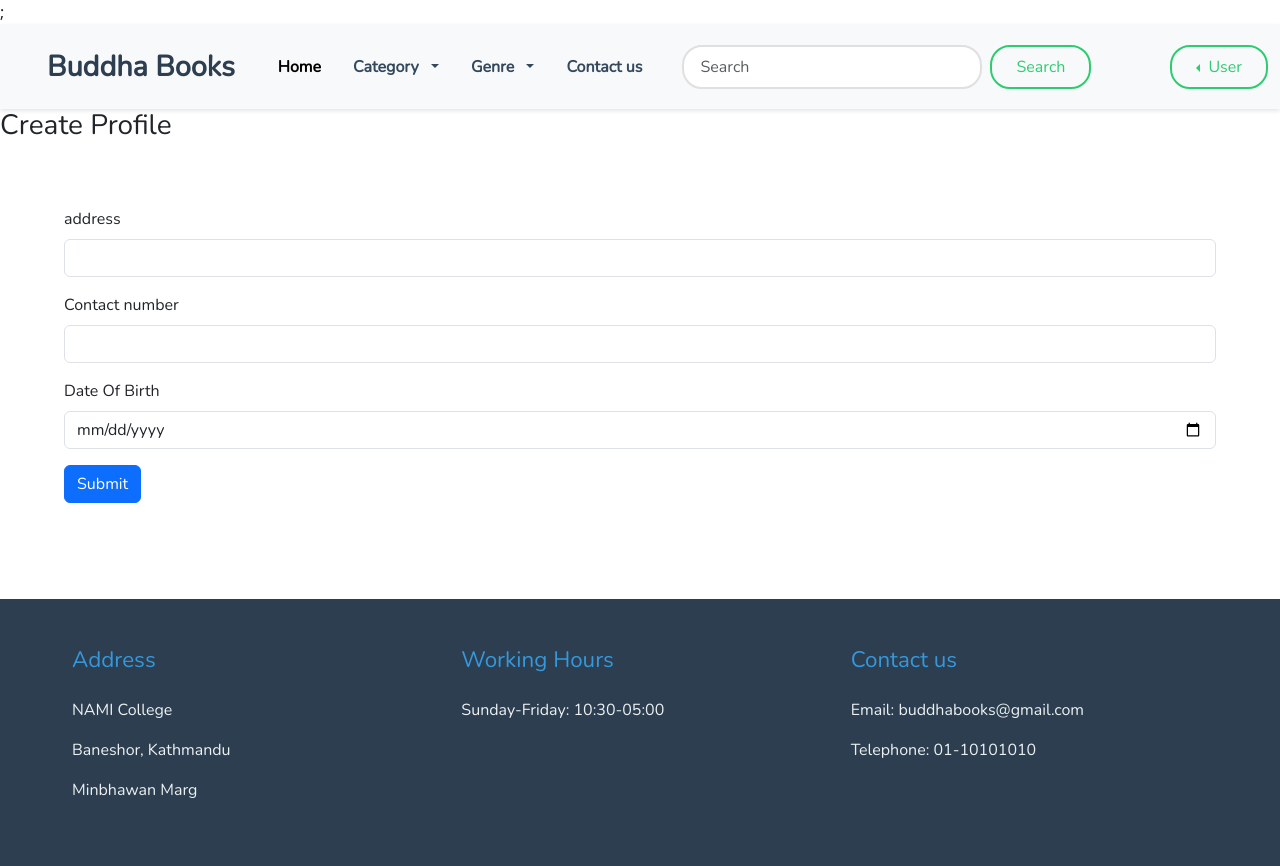
Repository: Shuprawal/Library-Management-System
Page: resources/views/addProfile.blade.php
These files come from the project's save history. The page is drawn as it stood at one moment and after a run of saves; the edit follows.
The browser window is 1280 px wide. The pictures show the whole page.
Some web libraries are served in a nearby version. The page is served by the project's Laravel application, run on PHP 8.4 with Laravel 12. The database holds what the project's SQL file puts in it. The template is opened directly, without the code that normally fills it, so the values that code supplies are empty.

Above is the page before, as saved 2024-12-29 12:44:20.

After the next 2 saves:
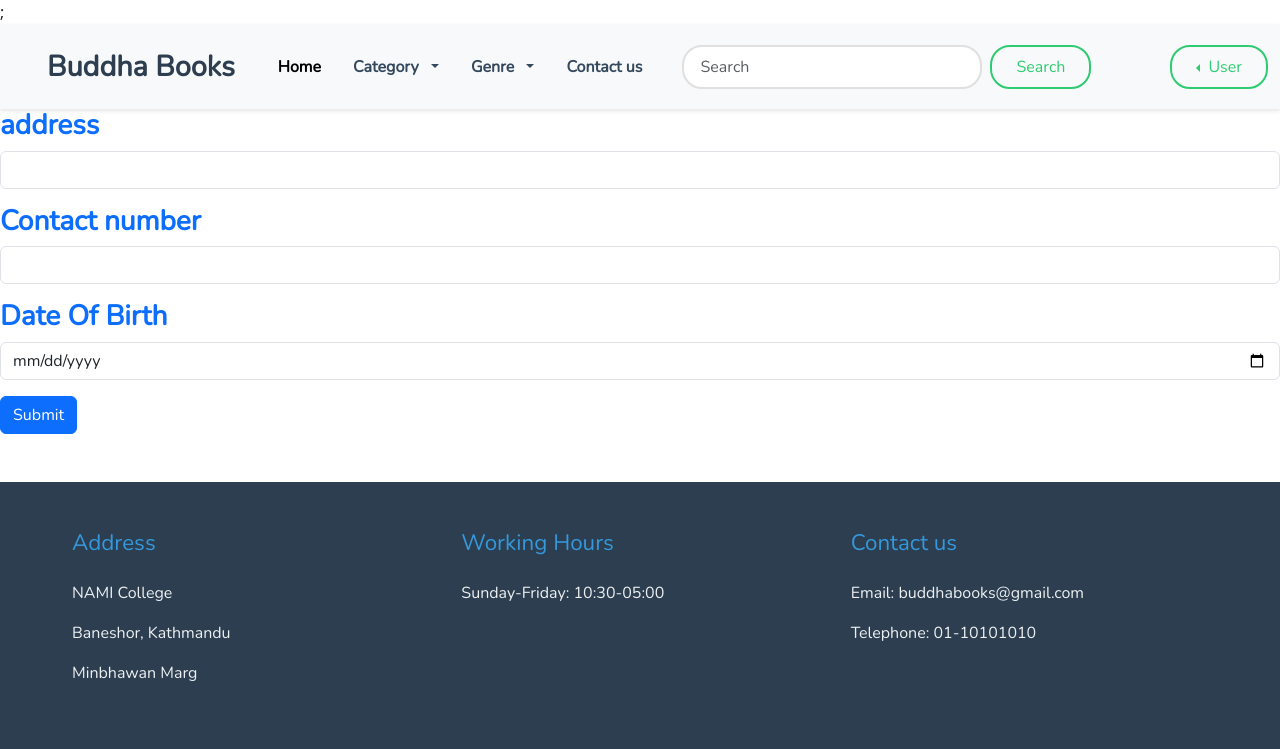
The 2 saves are shown as one change because they came seconds apart.
The last was saved 8 s later.
--- a/resources/views/addProfile.blade.php
+++ b/resources/views/addProfile.blade.php
@@ -1,6 +1,6 @@
 @extends('layouts.try');
 @section('hom-body')
-<h3 fw-bold text-primary >Create Profile</h3>
+<h3 class="fw-bold text-primary >Create Profile</h3>
 <form action="{{route('profilecreate')}}" method="Post" class="m-3 p-5">
 @csrf
 
